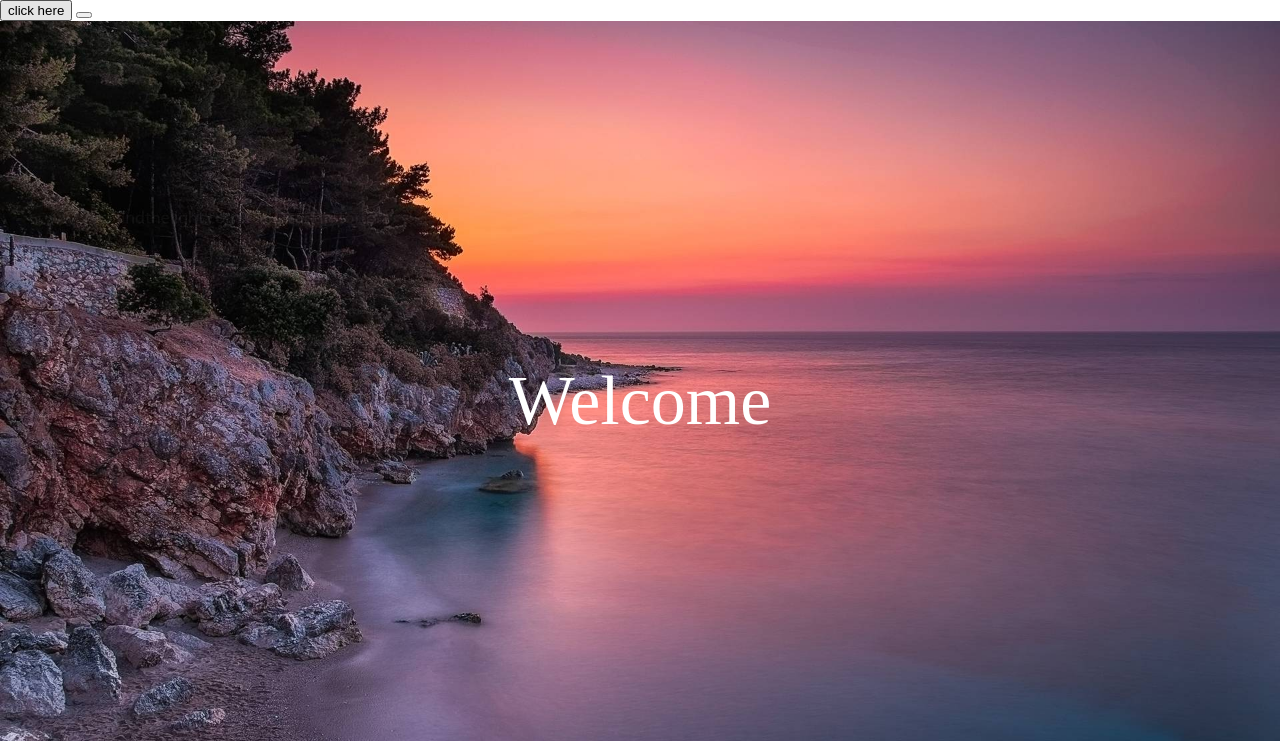
Repository: Berilinanir/Login-Logout-System
Page: http://localhost/Loginn/successs.jsp
These files come from the project's save history. The page is drawn as it stood at one moment and after the next save; the edit follows.
The browser window is 1280 px wide. The pictures show the whole page.
The page is served by Tomcat 9. Other server files are loaded and not shown.

Above is the page before, as saved 2018-10-13 16:14:09.

### Loginn/WebContent/successs.jsp
<%@ page language="java" contentType="text/html; charset=ISO-8859-1"
    pageEncoding="ISO-8859-1"%>
<!DOCTYPE html>


        <input type=button onClick="location.href='logout.jsp'" value='click here'>


<html>
<head>
<meta charset="ISO-8859-1">
<title>Success Page</title>

   <link rel="stylesheet" href="style3.css">

</head>
<body>

  <slider>

         <slide><p>Welcome  ${sessionScope.namee }</p></slide>
         <slide><p>Welcome  ${sessionScope.namee }</p></slide>
         <slide><p>Welcome  ${sessionScope.namee }</p></slide>
         <slide><p>Welcome  ${sessionScope.namee }</p></slide>


  </slider>

        <button id="myButton" class="float-left submit-button" ></button>

     <script type="text/javascript">
      document.getElementById("myButton").onclick = function () {
        location.href = "logout.jsp";
    };
</script>



</body>
</html>

### Loginn/WebContent/style3.css
@charset "UTF-8";

 jsp,body{

	      width:100%;
	      height:100%;
	      padding:0;
	      margin:0px;


}

slider{

	     display:block;
	     width:100%;
	     height:100%;
	     background-color: #1f1f1f;
	     overflow:hidden;
	     position:absolute;
}

slider > * {

	     position:absolute;
	     display:block;
	     width:100%;
	     height:100%;
	     background: #1f1f1f;
	     animation:slide 12s infinite;
	     overflow:hidden;
}

slide:nth-child(1){

	     left:0%;
	     animation-delay:-1s;
	     background-image:url(resim3.jpg);
	     background-size:cover;
	     background-position: center;
}

slide:nth-child(2){


	     animation-delay:2s;
	     background-image:url(resim6.jpg);
	     background-size:cover;
	     background-position: center;
}

slide:nth-child(3){


	     animation-delay:5s;
	     background-image:url(resim8.jpg);
	     background-size:cover;
	     background-position: center;
}

slide:nth-child(4){


	     animation-delay:8s;
	     background-image:url(resim9.jpg);
	     background-size:cover;
	     background-position: center;
}

slide p{

	    font-family:Comfortaa;
	    font-size:70px;
	    text-align:center;
	    display:inline-block;
	    width:100%;
	    margin-top: 340px;
	    color:#fff;
}

@keyframes slide{

	    0% { left:100%; width:100%;}
	    5% { left:0%;}
	    25%{ left:0%;}
	    30%{ left:-100%;width:100%;}
	    30.0001%{left:-100%;width:0%;}
	    100%{ left:100% width:0%;}
}

After the next save:
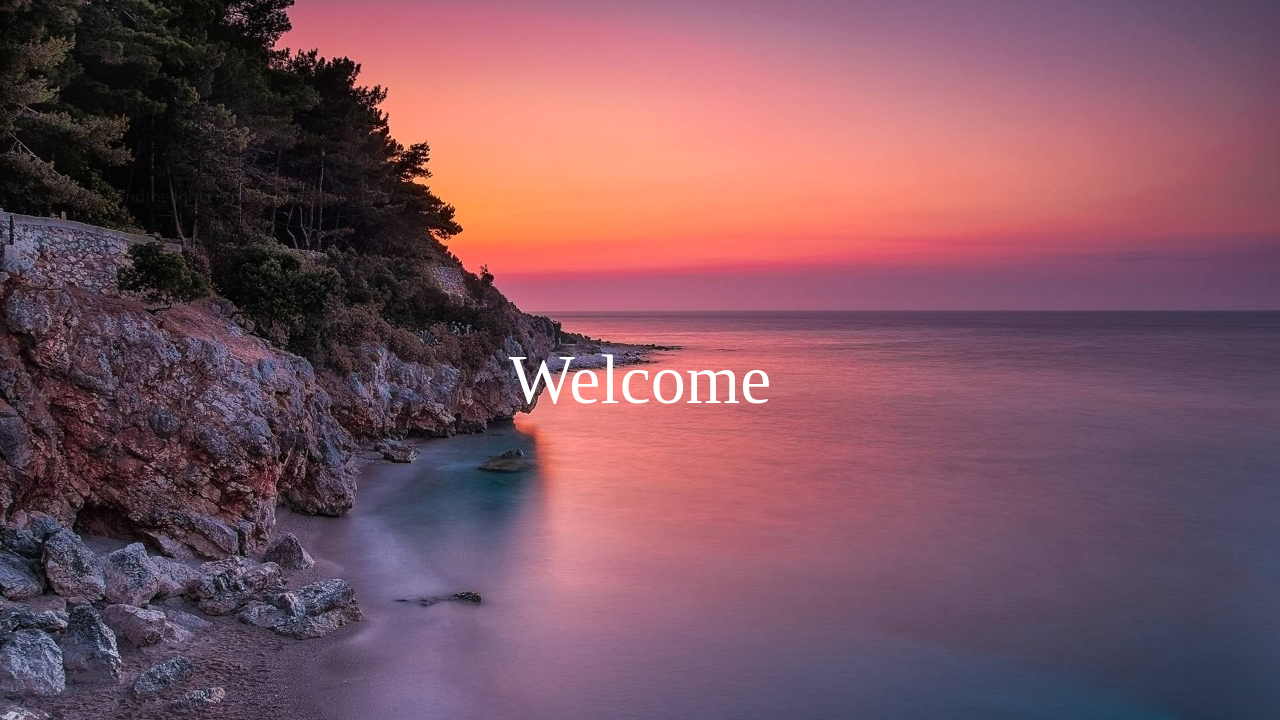
Saved 55 s later.
--- a/Loginn/WebContent/successs.jsp
+++ b/Loginn/WebContent/successs.jsp
@@ -3,7 +3,7 @@
 <!DOCTYPE html>
 
 
-        <input type=button onClick="location.href='logout.jsp'" value='click here'>
+
 
 
 <html>
@@ -26,7 +26,7 @@
 
   </slider>
 
-        <button id="myButton" class="float-left submit-button" ></button>
+        <button id="myButton" class="float-left submit-button" >Home</button>
 
      <script type="text/javascript">
       document.getElementById("myButton").onclick = function () {

After the save that followed:
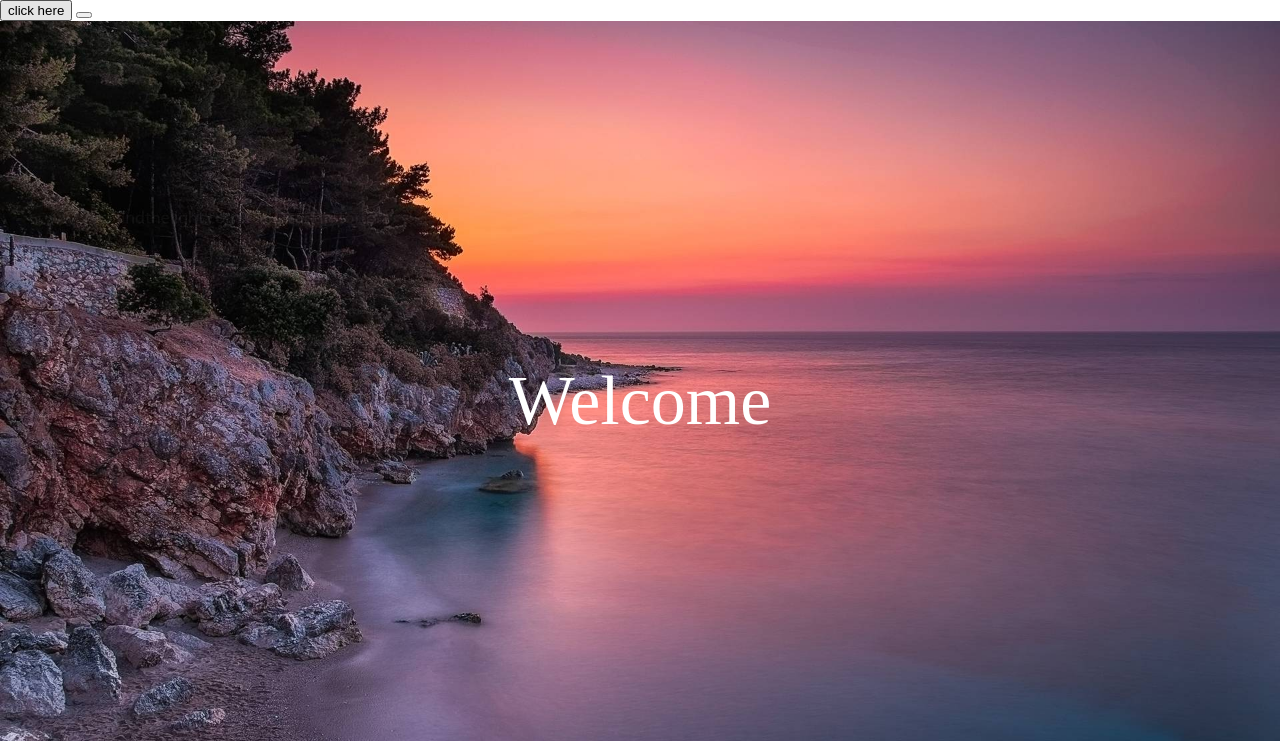
Saved 30 s later.
--- a/Loginn/WebContent/successs.jsp
+++ b/Loginn/WebContent/successs.jsp
@@ -3,7 +3,7 @@
 <!DOCTYPE html>
 
 
-
+        <input type=button onClick="location.href='logout.jsp'" value='click here'>
 
 
 <html>
@@ -26,7 +26,7 @@
 
   </slider>
 
-        <button id="myButton" class="float-left submit-button" >Home</button>
+        <button id="myButton" class="float-left submit-button" ></button>
 
      <script type="text/javascript">
       document.getElementById("myButton").onclick = function () {
